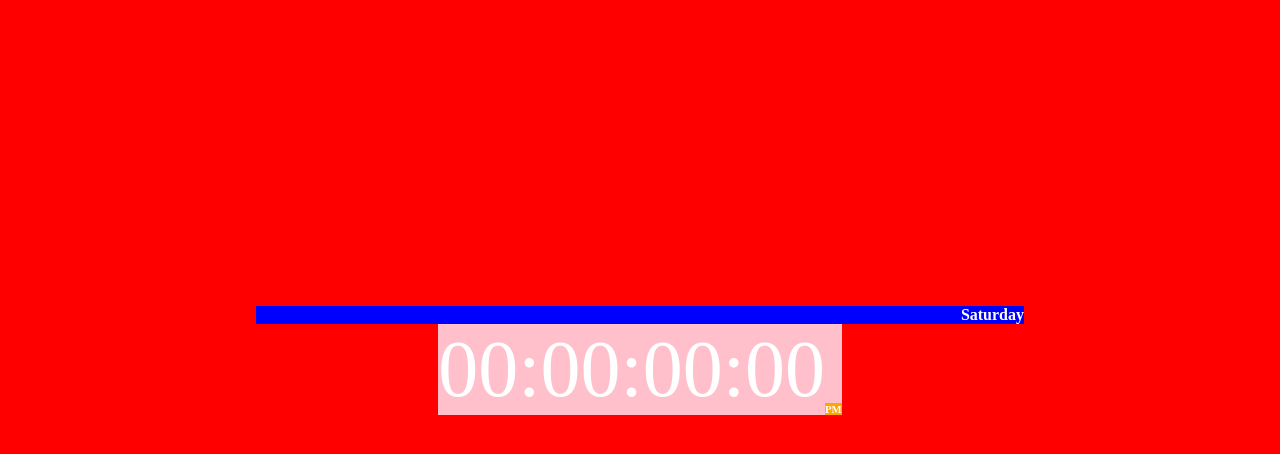
Repository: EguJaredoBoyd/Jared-Digital-Clock
Page: index.html
These files come from the project's save history. The page is drawn as it stood at one moment and after the next save; the edit follows.
The browser window is 1280 px wide. The pictures show the whole page.

Above is the page before, as saved 2026-01-03 23:14:15.

### index.html
<!DOCTYPE html>
<html lang="en">
  <head>
    <meta charset="UTF-8" />
    <meta name="viewport" content="width=device-width, initial-scale=1.0" />
    <title>Document</title>
    <link rel="stylesheet" href="./css/styles.css" />
  </head>
  <body>
    <div class="watch-container">
      <div class="watch-container__day">
        <h4>Saturday</h4>
      </div>
      <div class="watch-container__time">
        <p>00:00:00:00</p>
        <h6>PM</h6>
      </div>
    </div>
  </body>
</html>

### css/styles.css
* {
  margin: 0;
  padding: 0;
}

body {
  background-color: black;
  color: white;
}

.watch-container {
  background-color: red;
  display: flex;
  flex-direction: column;
  justify-content: center;
  align-items: center;
  height: 100vh;
  width: 100vw;
}

.watch-container__day {
  background-color: blue;
  width: 60vw;
  display: flex;
  justify-content: end;
}

.watch-container__time {
  background-color: pink;
  display: flex;
}

.watch-container__time p {
  font-size: 5rem;
}

.watch-container__time h6 {
  background-color: orange;
  align-self: self-end;
}

After the next save:
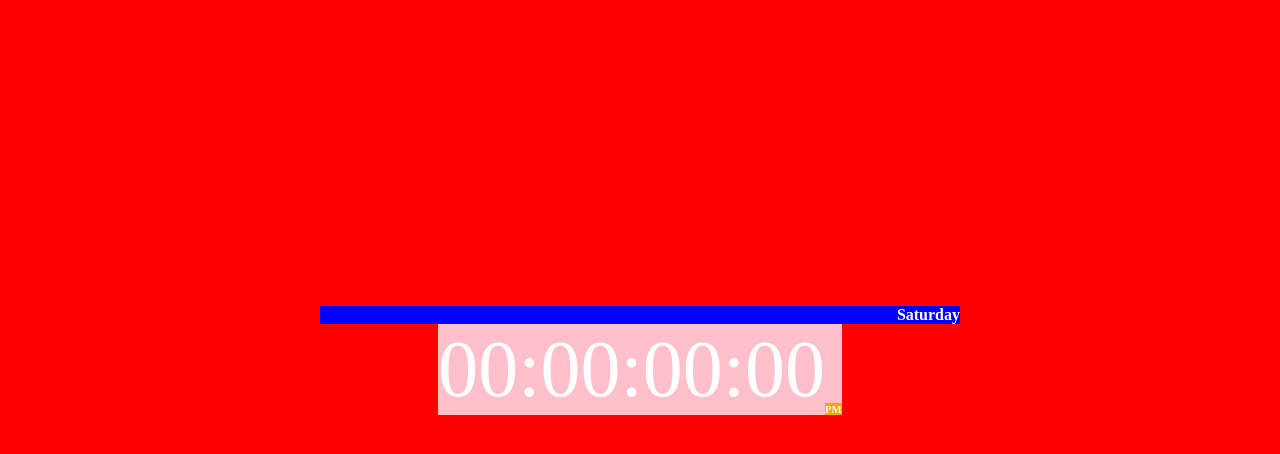
Saved 5 s later.
--- a/css/styles.css
+++ b/css/styles.css
@@ -20,7 +20,7 @@ body {
 
 .watch-container__day {
   background-color: blue;
-  width: 60vw;
+  width: 50vw;
   display: flex;
   justify-content: end;
 }
